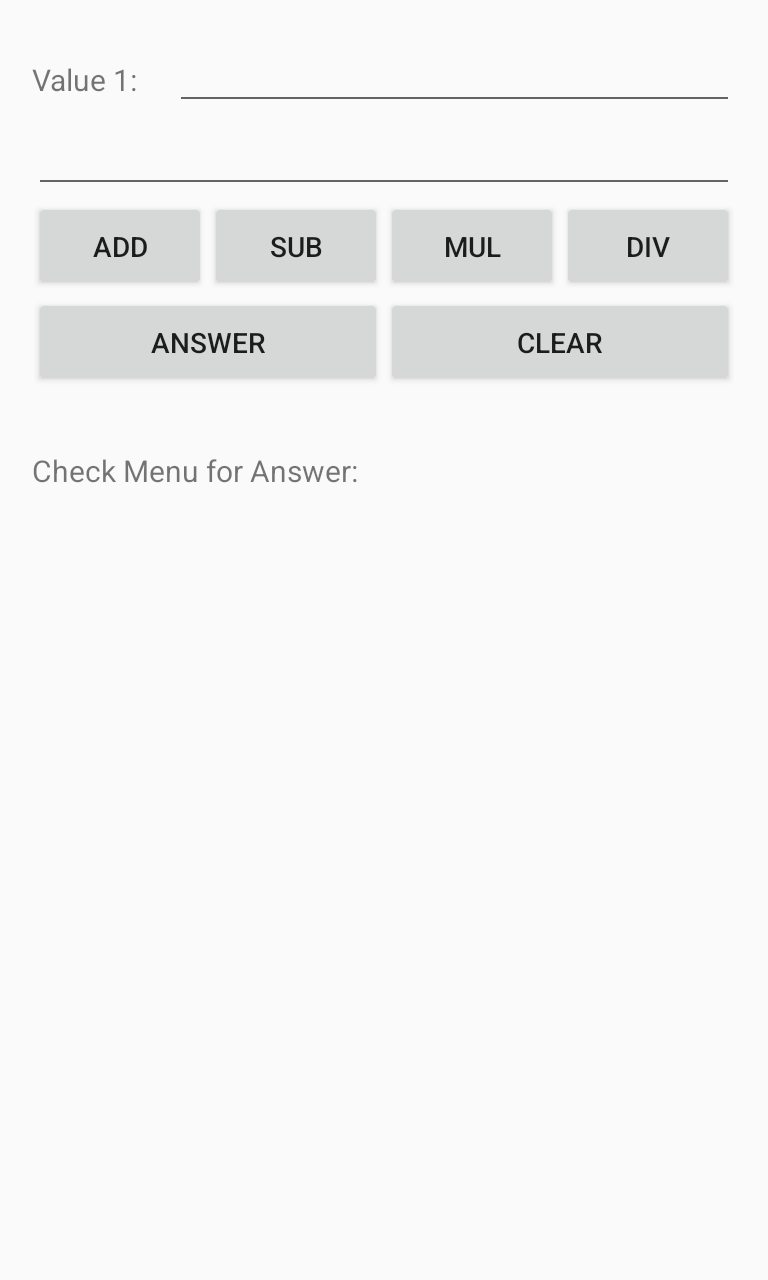
Repository: tamilkarun/Android
Layout: Calc/res/layout/fragment_main.xml
The author's editor kept a copy of each file at every save. The layout is drawn from the files as they stood at one save, then again after the next save.
It is drawn on a 768 x 1280 px phone screen (xhdpi) without system bars, with theme AppTheme; the app's code is not run.

Above is the layout before, as saved 2014-05-14 06:34:22.

After the next save:
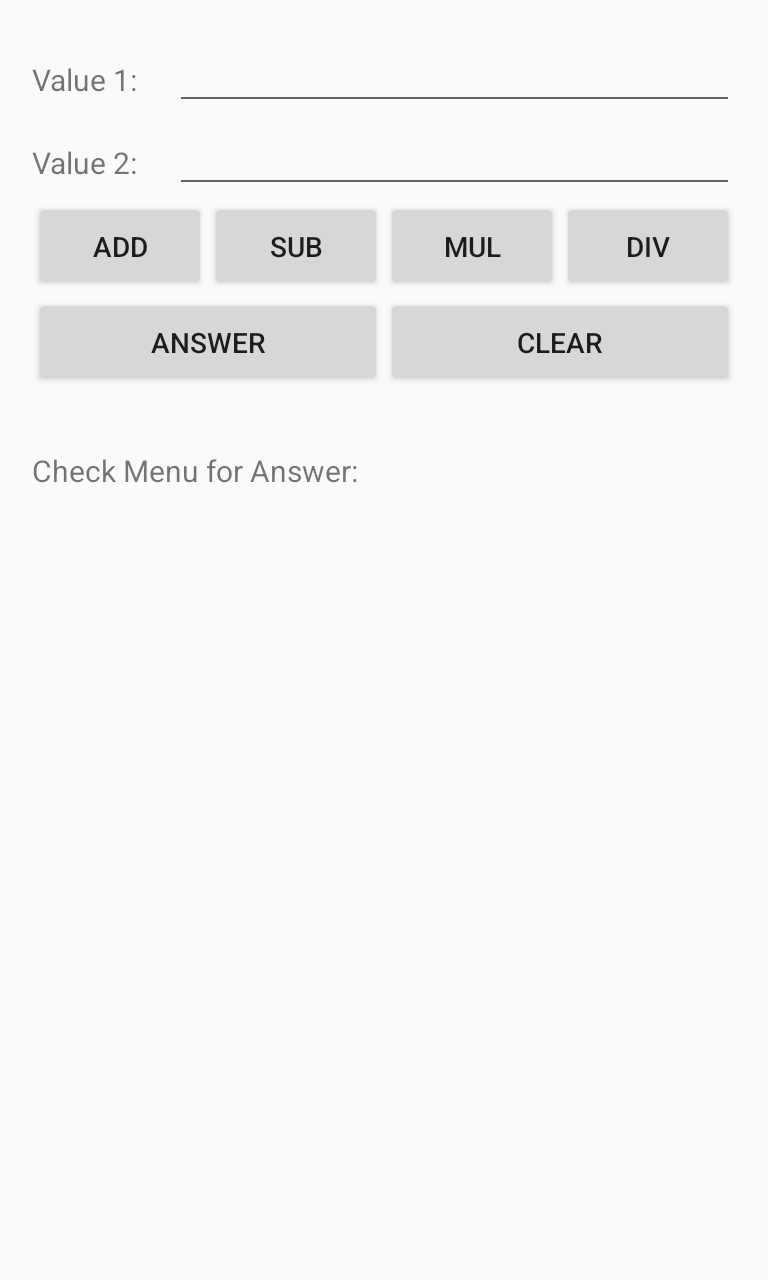
Saved 47 s later.
--- a/Calc/res/layout/fragment_main.xml
+++ b/Calc/res/layout/fragment_main.xml
@@ -39,6 +39,20 @@
             android:layout_weight="20" >
         </EditText>
 		</LinearLayout>
+		<LinearLayout
+		    android:layout_width="fill_parent"
+        	android:layout_height="wrap_content"
+        	android:orientation="horizontal"
+        	android:weightSum="100">
+        <TextView
+            android:id="@+id/Value2"
+            android:layout_width="fill_parent"
+            android:layout_height="wrap_content"
+            android:text="Value 2: "
+            android:gravity="left"
+            android:textSize="15dp"
+            android:layout_weight="80"
+            />
         <EditText
             android:id="@+id/Num2"
             android:layout_width="fill_parent"
@@ -46,7 +60,8 @@
             android:layout_alignLeft="@+id/Num1"
             android:layout_below="@+id/Num1"
             android:ems="10"
-            android:inputType="number" />
+            android:inputType="number"
+            android:layout_weight="20" />
 		</LinearLayout>
 		<LinearLayout
 		    android:layout_width="fill_parent"
